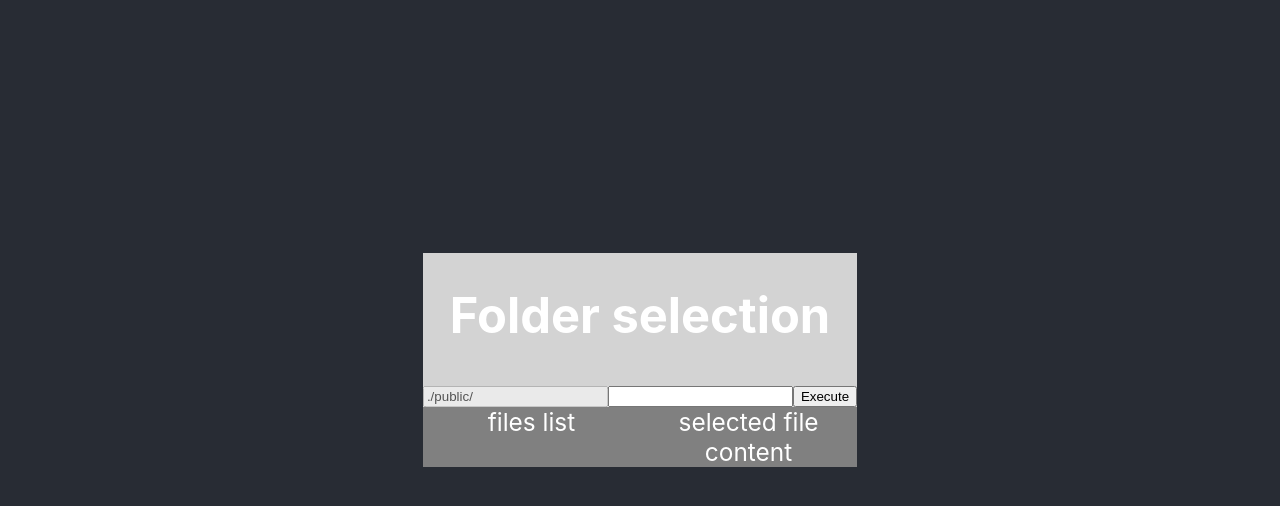
Repository: idubi/DevopsCourse
Page: / (app in lesson03/assignment/client/)
The author's editor kept a copy of each file at every save. The page is drawn from the files as they stood at one save, then again after the next save.
The browser window is 1280 px wide. The pictures show the whole page.
The project was rebuilt for these pictures with package versions that can differ from the ones it lists, and the page was loaded fresh each time.

Above is the page before, as saved 2023-06-15 02:27:32.

After the next save:
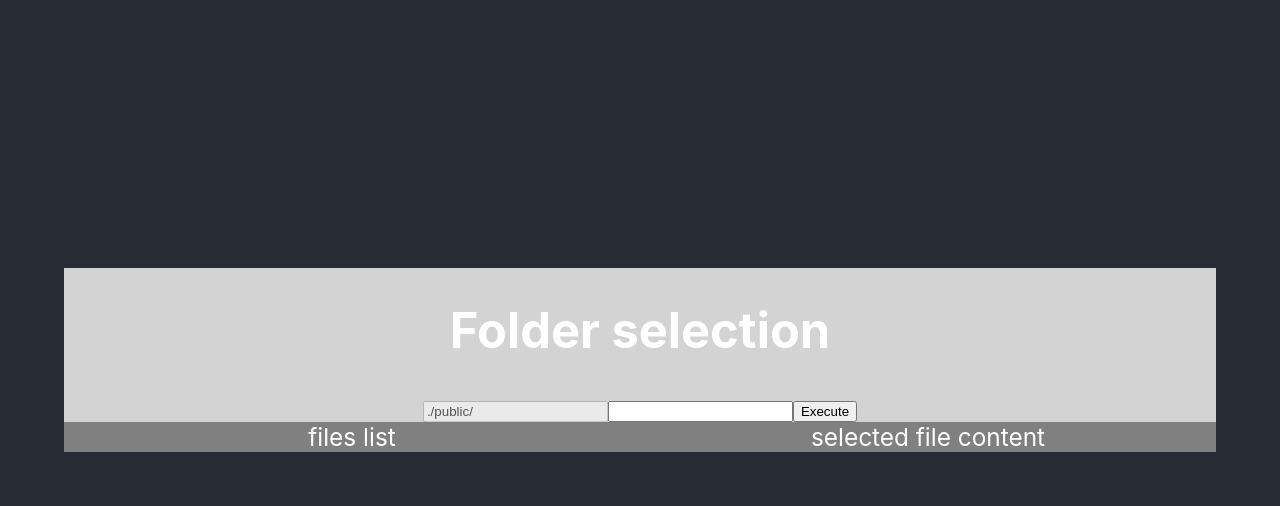
Saved 25 s later.
--- a/lesson03/assignment/client/src/components/FilesBrowser.js
+++ b/lesson03/assignment/client/src/components/FilesBrowser.js
@@ -34,7 +34,8 @@ function FileBrowser() {
 const Container = styled.div`
   display: flex;
   flex-direction: column;
-  align-items: stretch;
+  height: 90%;
+  width: 90%;
 `;
 
 const Upper = styled.div`
